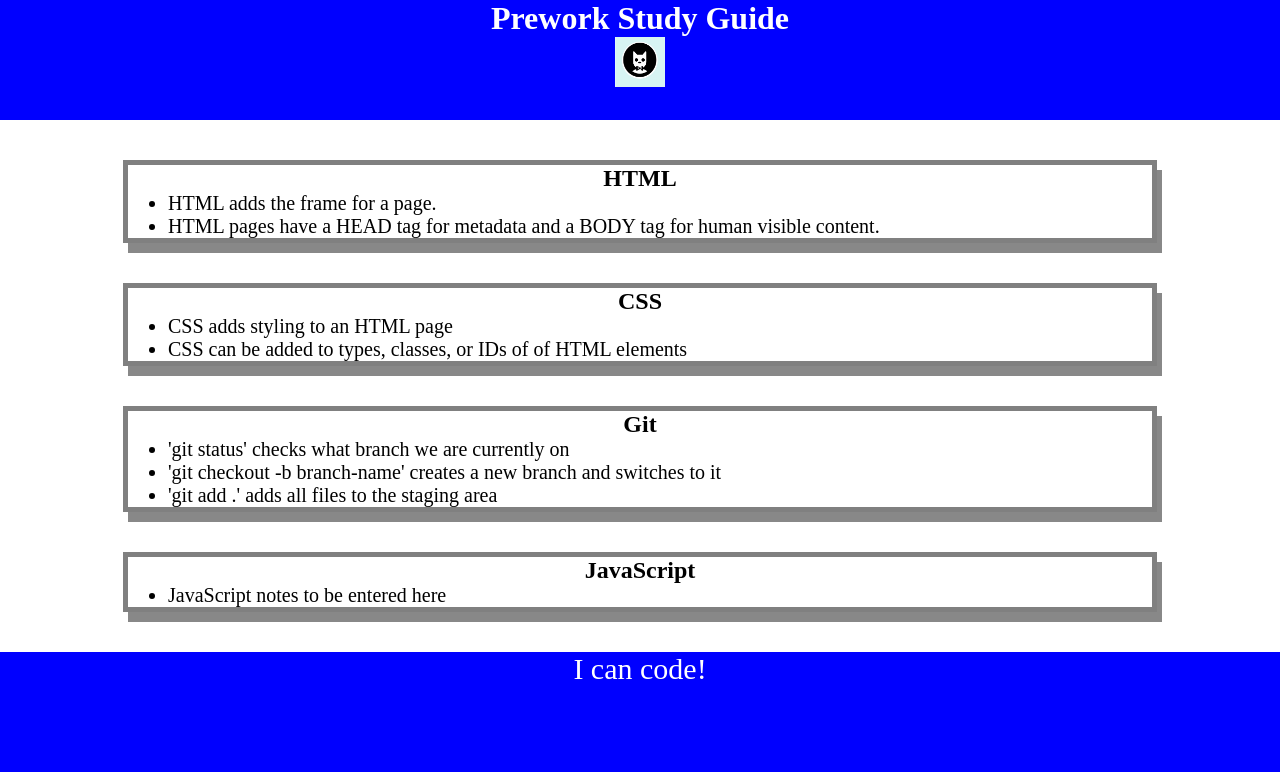
Repository: nickburton/prework-study-guide
Page: index.html
An editor plug-in stored every save of this project. The page is shown before and after the next save, followed by the edit.
The browser window is 1280 px wide. The pictures show the whole page.

Above is the page before, as saved 2023-08-14 18:14:56.

After the next save:
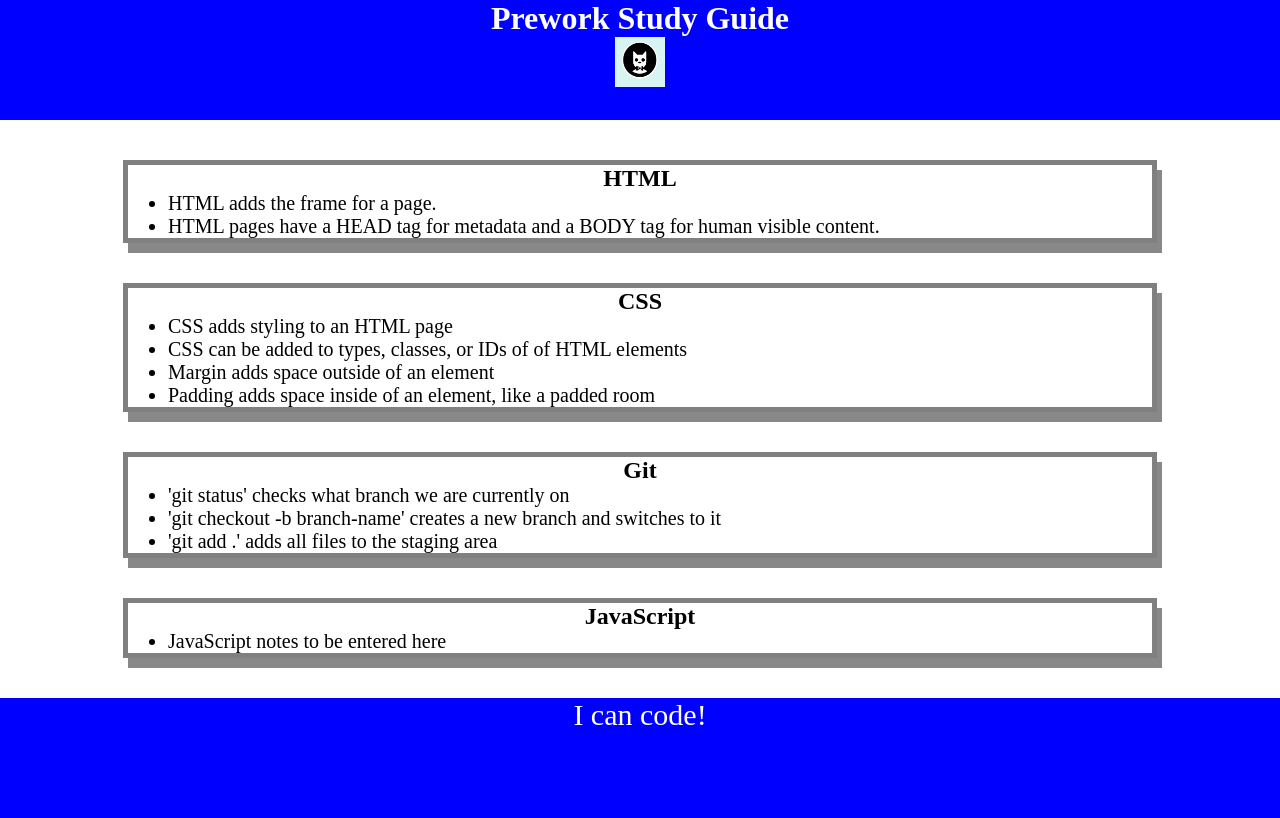
Saved 33 s later.
--- a/index.html
+++ b/index.html
@@ -34,6 +34,8 @@
           <li>
             CSS can be added to types, classes, or IDs of of HTML elements
           </li>
+          <li>Margin adds space outside of an element</li>
+          <li>Padding adds space inside of an element, like a padded room</li>
         </ul>
       </section>
 
